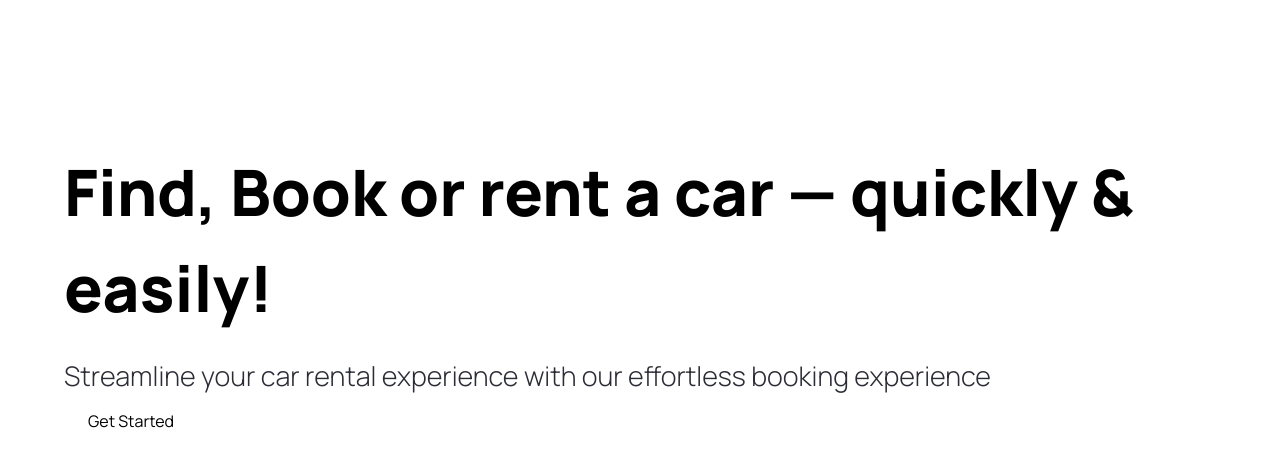
Repository: MikeeBuilds/driver
Page: /
The author's editor kept a copy of each file at every save. The page is drawn from the files as they stood at one save, then again after the next save.
The browser window is 1280 px wide. The pictures show the whole page.
The project was rebuilt for these pictures with package versions that can differ from the ones it lists, and the page was loaded fresh each time. The framework's server and built-in components were replaced by stand-ins that run in the browser. Also part of the build but not shown: next.config.js.

Above is the page before, as saved 2023-06-21 21:52:38.

After the next save:
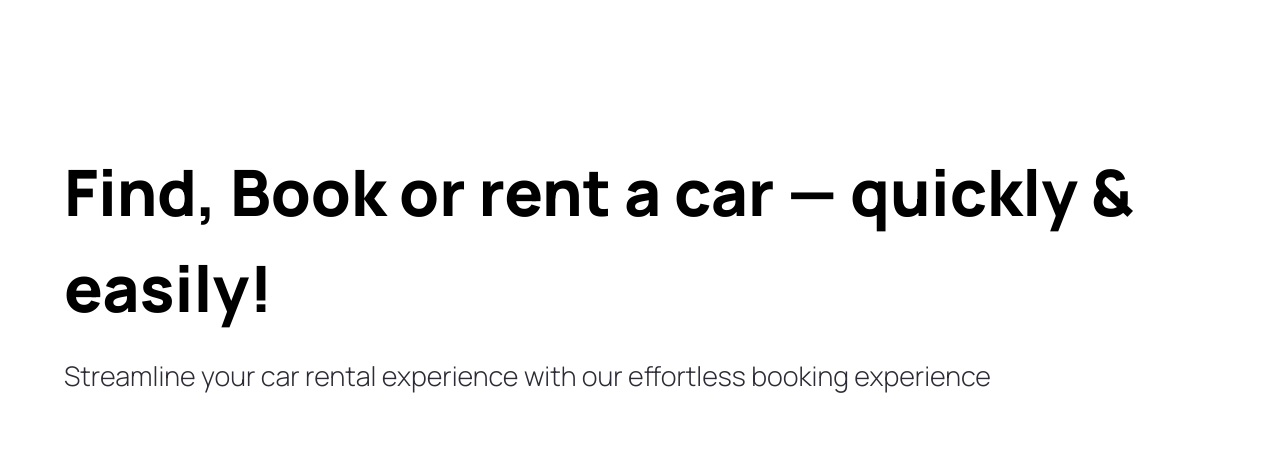
Saved 4 s later.
--- a/components/CustomButton.tsx
+++ b/components/CustomButton.tsx
@@ -10,8 +10,7 @@ const CustomButton = () => {
             className={`custom-btn`}
             onClick={() => {}}
         >
-
-            Get Started
+            <span></span>
         </button>
   )
 }
